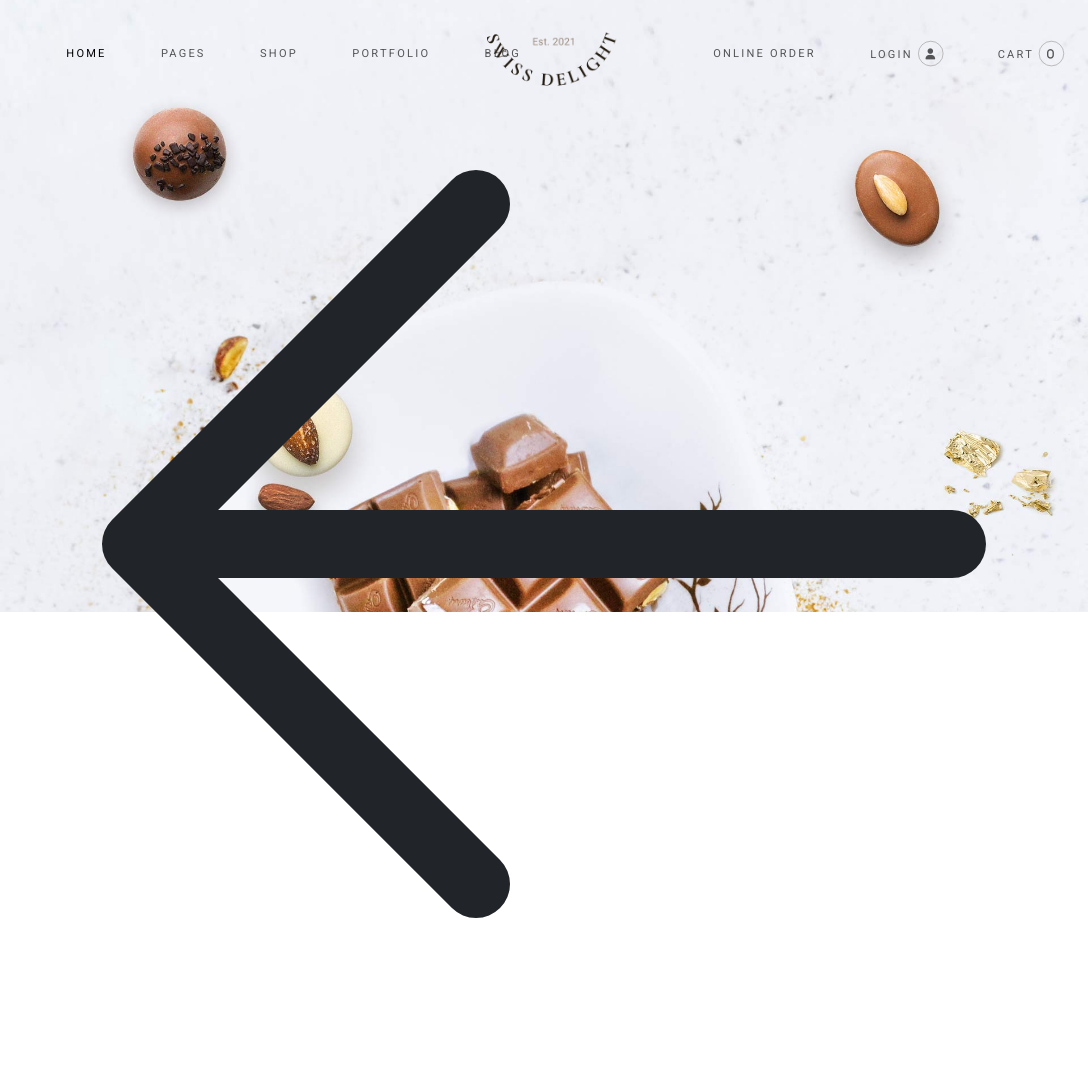
Repository: HadelAbdellatif/Project1
Page: index.html
An editor plug-in stored every save of this project. The page is shown before and after the next save, followed by the edit.
The browser window is 1280 px wide. The pictures show the whole page, at 85% of full size.

Above is the page before, as saved 2023-10-15 21:24:52.
Console error: TypeError: Cannot read properties of null (reading 'addEventListener')

After the next save:
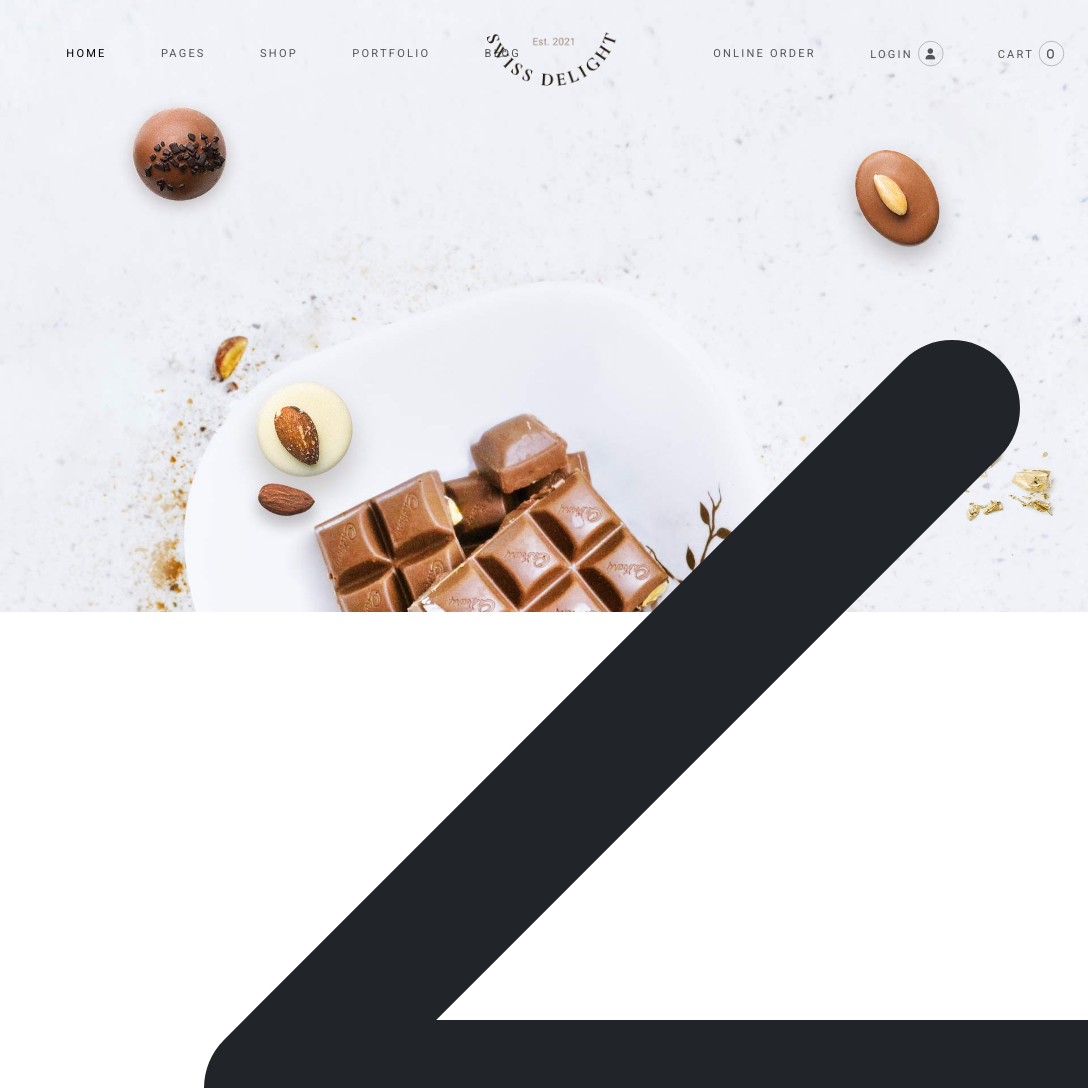
Saved 27 s later.
--- a/index.html
+++ b/index.html
@@ -94,7 +94,7 @@
   <!-- Start header section -->
 
   <header class="vh-100">
-    <svg xmlns="http://www.w3.org/2000/svg" fill="none" viewBox="0 0 24 24" stroke-width="1.5" stroke="currentColor" class="w-6 h-6">
+    <svg xmlns="http://www.w3.org/2000/svg" fill="none" viewBox="0 0 12 12" stroke-width="1.5" stroke="currentColor" class="w-6 h-6">
       <path stroke-linecap="round" stroke-linejoin="round" d="M10.5 19.5L3 12m0 0l7.5-7.5M3 12h18" />
     </svg>
   </header>
